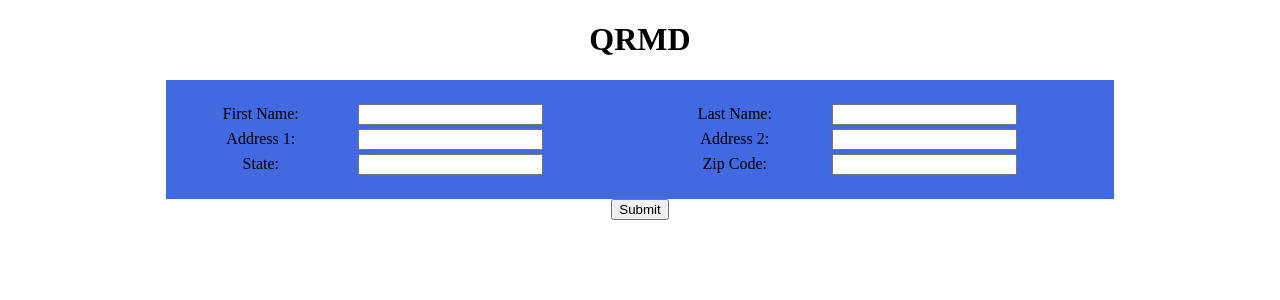
Repository: ImPickleRiiicck/QRMD
Page: http://localhost/QRMD/Pages/PatientInfoScreen.jsp
These files come from the project's save history. The page is drawn as it stood at one moment and after the next save; the edit follows.
The browser window is 1280 px wide. The pictures show the whole page.
The page is served by Tomcat 9. Other server files are loaded and not shown.

Above is the page before, as saved 2019-02-13 03:43:02.

### QRMD/WebContent/Pages/PatientInfoScreen.jsp
<%@ page language="java" contentType="text/html; charset=ISO-8859-1"
    pageEncoding="ISO-8859-1"%>
<!DOCTYPE html>
<html>
<head>
<meta charset="ISO-8859-1">
<title>QRMD</title>
</head>
<style>
    p
    {
        color: black;
    }
</style>
            <body>
                <font color="black" size="3">
                    <div align="center">
                        <h1>QRMD</h1>
                        <form action="/qrmd.servlet.qrmdForm" method="post">
                            <table style="background-color: royalblue" align="center" width="75%" border="0" cellspacing="0" cellpadding="2">
                                <tr>
                                    <td width="20%">&nbsp;</td>
                                    <td width="30%">&nbsp;</td>
                                    <td width="20%">&nbsp;</td>
                                    <td width="30%">&nbsp;</td>
                                </tr>
                                <tr>
                                    <td align="center">First Name: </td>
                                    <td><input type="text" name="firstName"></td>
                                    <td align="center">Last Name: </td>
                                    <td><input type="text" name="lastName"></td>
                                </tr>
                                <tr>
                                    <td align="center">Address 1: </td>
                                    <td><input type="text" name="address1"></td>
                                    <td align="center">Address 2: </td>
                                    <td><input type="text" name="address2"></td>
                                </tr>
                                <tr>
                                    <td align="center">State: </td>
                                    <td><input type="text" name="state"></td>
                                    <td align="center">Zip Code: </td>
                                    <td><input type="text" name="zipCode"></td>
                                </tr>
                                <tr>
                                    <td>&nbsp;</td>
                                    <td>&nbsp;</td>
                                </tr>
                                </table>
                                    <td><input type="submit" name="submit" value="Submit" onClick="submit"></td>
                                </form>
                        </div>
                </font>
            </body>
</html>

After the next save:
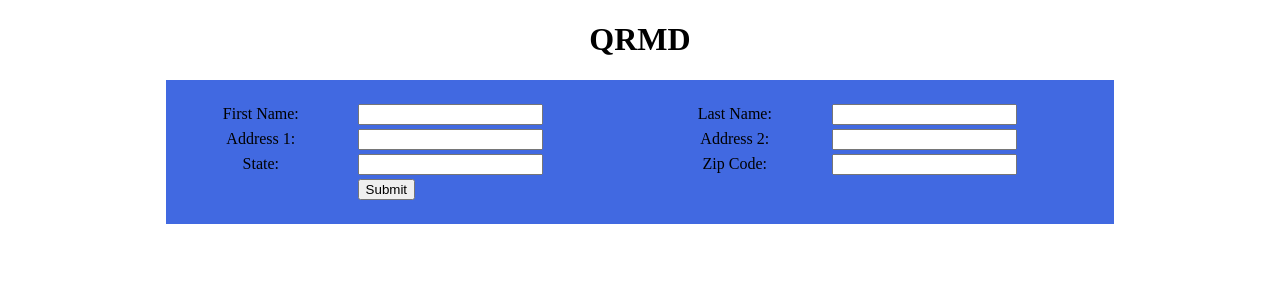
Saved 67 s later.
--- a/QRMD/WebContent/Pages/PatientInfoScreen.jsp
+++ b/QRMD/WebContent/Pages/PatientInfoScreen.jsp
@@ -16,7 +16,7 @@
                 <font color="black" size="3">
                     <div align="center">
                         <h1>QRMD</h1>
-                        <form action="/qrmd.servlet.qrmdForm" method="post">
+                        <form action="qrmd.servlet.qrmdForm.java" method="post">
                             <table style="background-color: royalblue" align="center" width="75%" border="0" cellspacing="0" cellpadding="2">
                                 <tr>
                                     <td width="20%">&nbsp;</td>
@@ -44,10 +44,15 @@
                                 </tr>
                                 <tr>
                                     <td>&nbsp;</td>
+                                    <td><input type="submit" name="submit" value="Submit" onClick="submit"></td>
+                                    <td>&nbsp;</td>
+                                    <td>&nbsp;</td>
+                                </tr>
+                                <tr>
+                                    <td>&nbsp;</td>
                                     <td>&nbsp;</td>
                                 </tr>
                                 </table>
-                                    <td><input type="submit" name="submit" value="Submit" onClick="submit"></td>
                                 </form>
                         </div>
                 </font>
